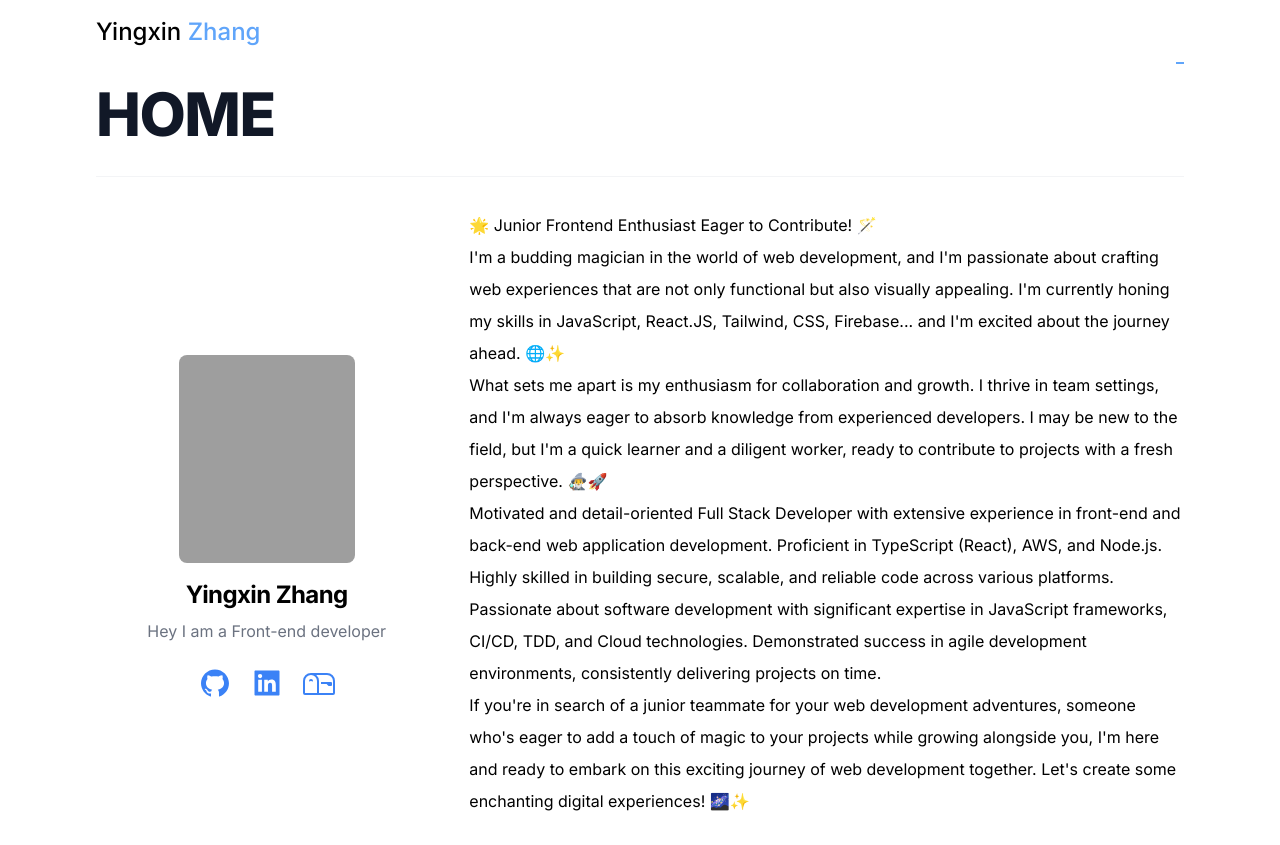
Repository: Tracy-maker/projects_collection
Page: /
These files come from the project's save history. The page is drawn as it stood at one moment and after the next save; the edit follows.
The browser window is 1280 px wide. The pictures show the whole page.
Pictures or frames that could not be fetched are drawn as grey boxes. The project was rebuilt for these pictures with package versions that can differ from the ones it lists, and the page was loaded fresh each time. The framework's server and built-in components were replaced by stand-ins that run in the browser. Also part of the build but not shown: next.config.js.

Above is the page before, as saved 2024-07-14 13:57:22.

### app/layout.tsx
import "./globals.css";
import type { Metadata } from "next";
import { Inter } from "next/font/google";
import Navbar from "./components/NavBar";
import { Provider } from "./components/Provider";

const inter = Inter({ subsets: ["latin"] });

export const metadata: Metadata = {
  title: "Projects Collection",
  description: "project list",
};

export default function RootLayout({
  children,
}: {
  children: React.ReactNode;
}) {
  return (
    <html lang="en" suppressHydrationWarning>
      <body
        className={`${inter.className} bg-white text-black dark:bg-[#090908] dark:text-white h-full selection:bg-gray-500 dark:selection:bg-gray-800`}
      >
        <Provider>
          <Navbar />
          <main className="max-w-6xl mx-auto px-6 sm:px-8 lg:px-8">
            {children}
          </main>
        </Provider>
      </body>
    </html>
  );
}

### app/page.tsx
import Image from "next/image";
import myImage from "./utils/1.png";

export default function Home() {
  return (
    <div className="divide-y divide-gray-100 dark:divide-gray-700">
      <div className="space-y-2 pt-5 pb-8 md:space-x-5">
        <h1 className="text-3xl font-extrabold leading-9 tracking-tight text-gray-900 dark:text-gray-100 sm:text-4xl sm:leading-10 md:text-6xl md:leading-13">
          HOME
        </h1>
      </div>
      <div className="items-center space-y-2 xl:grid xl:grid-cols-3 xl:gap-x-8 xl:space-y-0">
        <div className="flex flex-col items-center pt-8">
          <Image
            alt="picture of my"
            src="https://i.ibb.co/MRHHtS5/Wechat-IMG7.jpg"
            width={700}
            height={500}
            className="h-52 w-44  rounded-lg object-cover object-top"
          />
          <h3 className="pt-4 pb-2 text-2xl font-bold leading-8 tracking-tight">
            Yingxin Zhang
          </h3>
          <p className="text-gray-500 dark:text-gray-300 text-center">
            Hey I am a Front-end developer
          </p>
          <div className="flex space-x-5 pt-6">
            <a href="https://github.com/Tracy-maker" target="_blank">
              <svg
                viewBox="0 0 1024 1024"
                fill="currentColor"
                className="w-8 h-8 text-blue-500"
              >
                <path d="M511.6 76.3C264.3 76.2 64 276.4 64 523.5 64 718.9 189.3 885 363.8 946c23.5 5.9 19.9-10.8 19.9-22.2v-77.5c-135.7 15.9-141.2-73.9-150.3-88.9C215 726 171.5 718 184.5 703c30.9-15.9 62.4 4 98.9 57.9 26.4 39.1 77.9 32.5 104 26 5.7-23.5 17.9-44.5 34.7-60.8-140.6-25.2-199.2-111-199.2-213 0-49.5 16.3-95 48.3-131.7-20.4-60.5 1.9-112.3 4.9-120 58.1-5.2 118.5 41.6 123.2 45.3 33-8.9 70.7-13.6 112.9-13.6 42.4 0 80.2 4.9 113.5 13.9 11.3-8.6 67.3-48.8 121.3-43.9 2.9 7.7 24.7 58.3 5.5 118 32.4 36.8 48.9 82.7 48.9 132.3 0 102.2-59 188.1-200 212.9a127.5 127.5 0 0138.1 91v112.5c.8 9 0 17.9 15 17.9 177.1-59.7 304.6-227 304.6-424.1 0-247.2-200.4-447.3-447.5-447.3z" />
              </svg>
            </a>
            <a
              href="https://www.linkedin.com/in/yingxin-zhang-ba1028212/"
              target="_blank"
            >
              <svg
                viewBox="0 0 1024 1024"
                fill="currentColor"
                className="w-8 h-8 text-blue-500"
              >
                <path d="M880 112H144c-17.7 0-32 14.3-32 32v736c0 17.7 14.3 32 32 32h736c17.7 0 32-14.3 32-32V144c0-17.7-14.3-32-32-32zM349.3 793.7H230.6V411.9h118.7v381.8zm-59.3-434a68.8 68.8 0 1168.8-68.8c-.1 38-30.9 68.8-68.8 68.8zm503.7 434H675.1V608c0-44.3-.8-101.2-61.7-101.2-61.7 0-71.2 48.2-71.2 98v188.9H423.7V411.9h113.8v52.2h1.6c15.8-30 54.5-61.7 112.3-61.7 120.2 0 142.3 79.1 142.3 181.9v209.4z" />
              </svg>
            </a>

            <a href="mailto:ydlvns@gmail.com" target="_blank">
              <svg
                fill="currentColor"
                viewBox="0 0 16 16"
                className="w-8 h-8 text-blue-500"
              >
                <path d="M4 4a3 3 0 00-3 3v6h6V7a3 3 0 00-3-3zm0-1h8a4 4 0 014 4v6a1 1 0 01-1 1H1a1 1 0 01-1-1V7a4 4 0 014-4zm2.646 1A3.99 3.99 0 018 7v6h7V7a3 3 0 00-3-3H6.646z" />
                <path d="M11.793 8.5H9v-1h5a.5.5 0 01.5.5v1a.5.5 0 01-.5.5h-1a.5.5 0 01-.354-.146l-.853-.854zM5 7c0 .552-.448 0-1 0s-1 .552-1 0a1 1 0 012 0z" />
              </svg>
            </a>
          </div>
        </div>
        <div className="prose max-w-none prose-lg pt-8 pb-7 leading-loose dark:prose-invert xl:col-span-2">
        <p>🌟 Junior Frontend Enthusiast Eager to Contribute! 🪄</p>
<p>
  I&apos;m a budding magician in the world of web development, and I&apos;m
  passionate about crafting web experiences that are not only functional but also visually appealing. I&apos;m currently honing my skills in JavaScript, React.JS, Tailwind, CSS, Firebase... and I&apos;m excited about the journey ahead. 🌐✨
</p>
<p>
  What sets me apart is my enthusiasm for collaboration and growth.
  I thrive in team settings, and I&apos;m always eager to absorb
  knowledge from experienced developers. I may be new to the field,
  but I&apos;m a quick learner and a diligent worker, ready to
  contribute to projects with a fresh perspective. 🧙‍♂️🚀
</p>
<p>
  Motivated and detail-oriented Full Stack Developer with extensive experience in front-end and back-end web application development. Proficient in TypeScript (React), AWS, and Node.js. Highly skilled in building secure, scalable, and reliable code across various platforms. Passionate about software development with significant expertise in JavaScript frameworks, CI/CD, TDD, and Cloud technologies. Demonstrated success in agile development environments, consistently delivering projects on time.
</p>
<p>
  If you&apos;re in search of a junior teammate for your web
  development adventures, someone who&apos;s eager to add a touch of
  magic to your projects while growing alongside you,
  I&apos;m here and ready to embark on this exciting journey of web
  development together. Let&apos;s create some enchanting digital
  experiences! 🌌✨
</p>


        </div>
      </div>
    </div>
  );
}

### app/components/NavBar.tsx
"use client";

import Link from "next/link";
import { usePathname } from "next/navigation";

export default function Navbar() {
  let pathname = usePathname() || "/";
  return (
    <div className="max-w-6xl mx-auto px-4 sm:px-6 lg:px-8">
      <div className="flex justify-between h-16">
        <div className="flex justify-between w-full">
          <div className="flex items-center">
            <Link href="/">
              <h1 className="text-2xl font-medium">
                Yingxin <span className="text-blue-400">Zhang</span>
              </h1>
            </Link>
          </div>

          <div className="hidden sm:ml-6 sm:flex sm:space-x-8 sm:items-center">
            <Link
              href="/"
              prefetch
              className={`${
                pathname === "/"
                  ? "border-blue-400 dark:text-white h-full inline-flex items-center px-1 pt-1 border-b-2 text-sm font-medium"
                  : "border-transparent text-gray-500 dark:text-gray-300 dark:hover:text-white inline-flex items-center px-1 pt-1 border-b-2 text-sm font-medium"
              }`}
            ></Link>
          </div>
        </div>
      </div>
    </div>
  );
}

### app/components/Provider.tsx
"use client";

import { ThemeProvider } from "next-themes";
import { ReactNode } from "react";

export function Provider({ children }: { children: ReactNode }) {
  return <ThemeProvider>{children}</ThemeProvider>;
}

### tailwind.config.ts
import type { Config } from "tailwindcss";

const config: Config = {
  content: [
    "./pages/**/*.{js,ts,jsx,tsx,mdx}",
    "./components/**/*.{js,ts,jsx,tsx,mdx}",
    "./app/**/*.{js,ts,jsx,tsx,mdx}",
  ],
  darkMode: "class",
  theme: {
    extend: {
      backgroundImage: {
        "gradient-radial": "radial-gradient(var(--tw-gradient-stops))",
        "gradient-conic":
          "conic-gradient(from 180deg at 50% 50%, var(--tw-gradient-stops))",
      },
    },
  },
  plugins: [],
};
export default config;

Loaded but not shown: app/globals.css (common file)

After the next save:
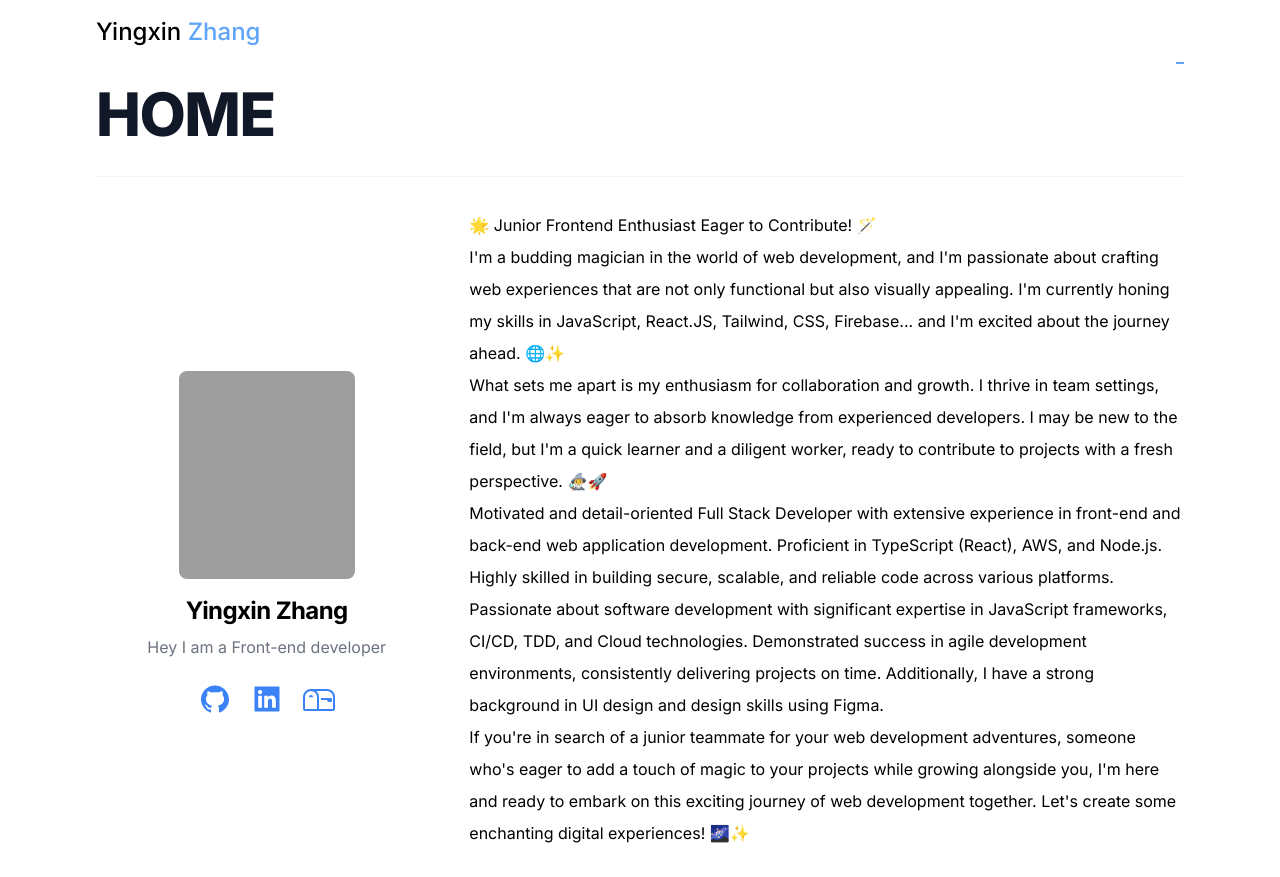
Saved 91 s later.
--- a/app/page.tsx
+++ b/app/page.tsx
@@ -73,7 +73,7 @@ export default function Home() {
   contribute to projects with a fresh perspective. 🧙‍♂️🚀
 </p>
 <p>
-  Motivated and detail-oriented Full Stack Developer with extensive experience in front-end and back-end web application development. Proficient in TypeScript (React), AWS, and Node.js. Highly skilled in building secure, scalable, and reliable code across various platforms. Passionate about software development with significant expertise in JavaScript frameworks, CI/CD, TDD, and Cloud technologies. Demonstrated success in agile development environments, consistently delivering projects on time.
+  Motivated and detail-oriented Full Stack Developer with extensive experience in front-end and back-end web application development. Proficient in TypeScript (React), AWS, and Node.js. Highly skilled in building secure, scalable, and reliable code across various platforms. Passionate about software development with significant expertise in JavaScript frameworks, CI/CD, TDD, and Cloud technologies. Demonstrated success in agile development environments, consistently delivering projects on time. Additionally, I have a strong background in UI design and design skills using Figma.
 </p>
 <p>
   If you&apos;re in search of a junior teammate for your web
